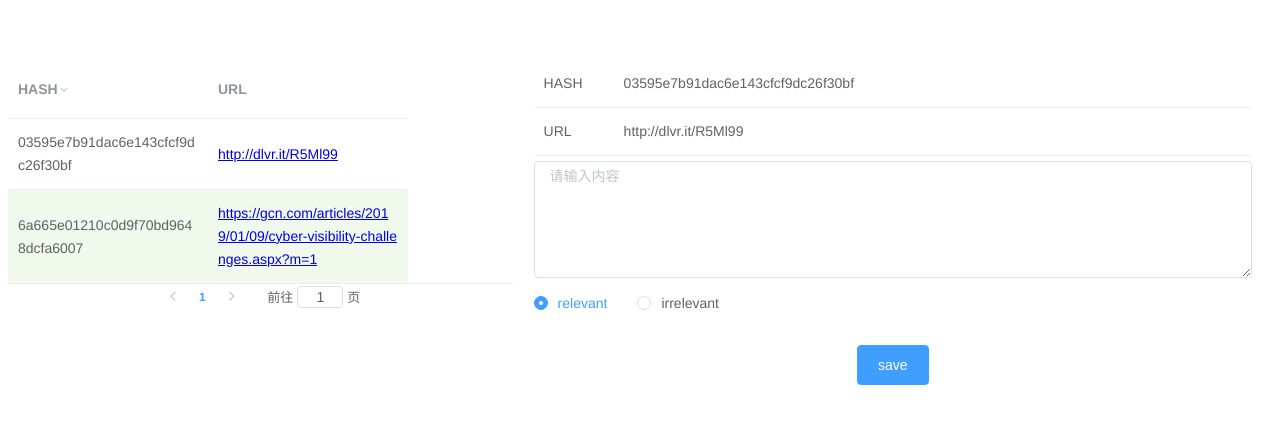
Repository: NicoleGX/TI
Page: /
These files come from the project's save history. The page is drawn as it stood at one moment and after the next save; the edit follows.
The browser window is 1280 px wide. The pictures show the whole page.
The page's requests for data from a server got no answer. The project was rebuilt for these pictures with package versions that can differ from the ones it lists, and the page was loaded fresh each time. No one was signed in, and anything a server would have sent is missing.

Above is the page before, as saved 2019-05-29 16:10:44.

After the next save:
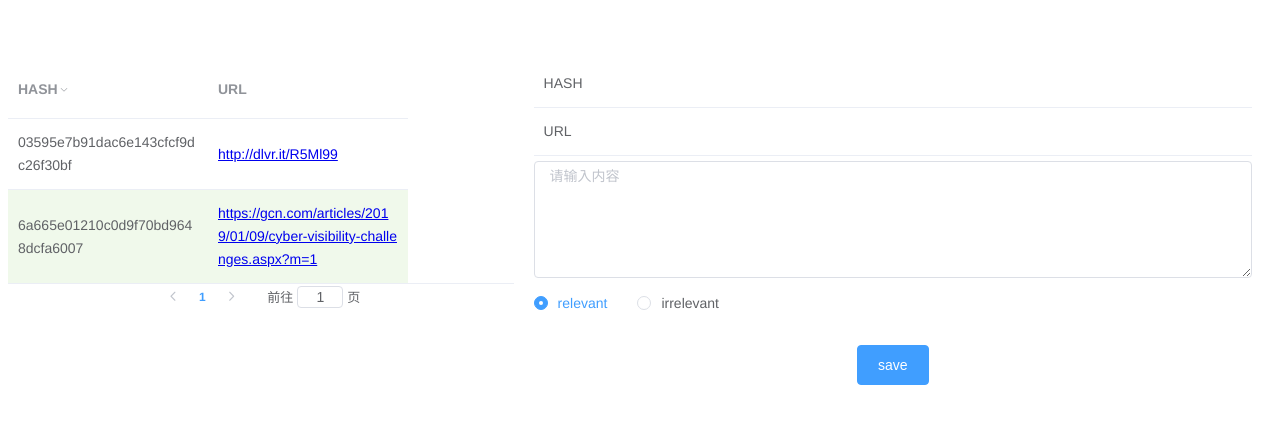
Saved 24 s later.
--- a/src/views/TextClassification.vue
+++ b/src/views/TextClassification.vue
@@ -132,10 +132,10 @@ export default {
       }],
       formData: [{
         label: 'HASH',
-        value: '03595e7b91dac6e143cfcf9dc26f30bf'
+        value: ''
       },{
         label: 'URL',
-        value: 'http://dlvr.it/R5Ml99'
+        value: ''
       }],
       form: {
         text: '',
